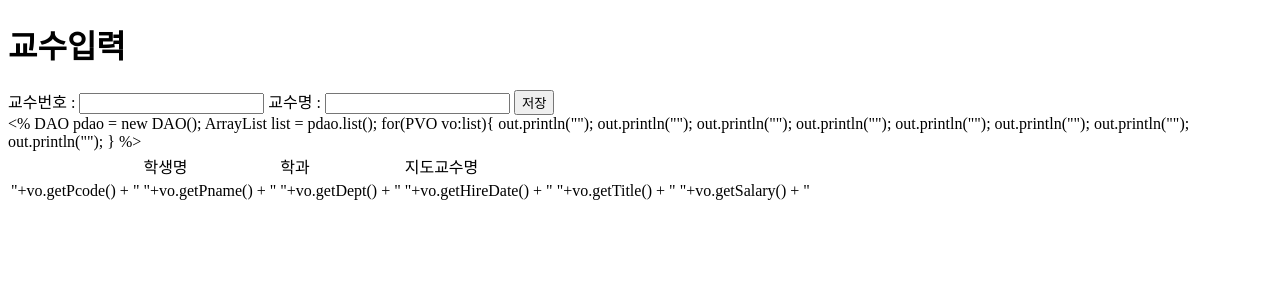
Repository: carminesteel/html
Page: 0406/ex0507/WebContent/pinsert.html
These files come from the project's save history. The page is drawn as it stood at one moment and after the next save; the edit follows.
The browser window is 1280 px wide. The pictures show the whole page.
Some web libraries are served in a nearby version.

Above is the page before, as saved 2020-05-07 02:23:11.

After the next save:
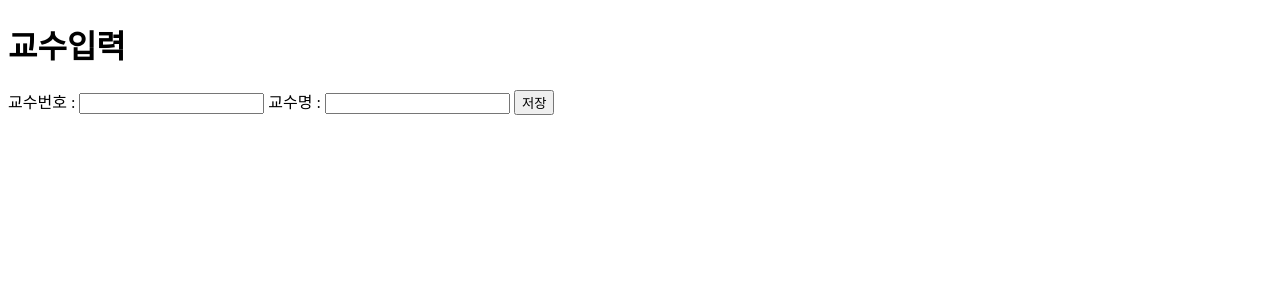
Saved 15 min 30 s later.
--- a/0406/ex0507/WebContent/pinsert.html
+++ b/0406/ex0507/WebContent/pinsert.html
@@ -13,28 +13,7 @@
 		교수명 : <input type = "text" id= "txtpname">
 		<input type = "button" id = "btnSave" value="저장">
 	</div>
-	<table>
-	<tr class = stitle>
-			<td></td>
-			<td>학생명</td>
-			<td>학과</td>
-			<td>지도교수명</td>
-		</tr>
-		<%
-		DAO pdao = new DAO();
-		ArrayList<PVO> list = pdao.list();
-		for(PVO vo:list){
-			out.println("<tr class = srow>");
-			out.println("<td class = scode>"+vo.getPcode() + "</td>");
-			out.println("<td>"+vo.getPname() + "</td>");
-			out.println("<td>"+vo.getDept() + "</td>");
-			out.println("<td>"+vo.getHireDate() + "</td>");
-			out.println("<td>"+vo.getTitle() + "</td>");
-			out.println("<td>"+vo.getSalary() + "</td>");
-			out.println("</tr>");
-		}
-		%>
-	</table>
+
 </body>
 <script>
 	$("#btnSave").on("click", function(){
@@ -53,7 +32,7 @@
 				type:"post",
 				url:"pinsert.jsp",
 				data:{"pcode":pcode, "pname":pname},
-				success:function(){
+				success:function(data){
 					alert("저장완료")
 					$("#txtpcode").val("");
 					$("#txtpname").val("");
